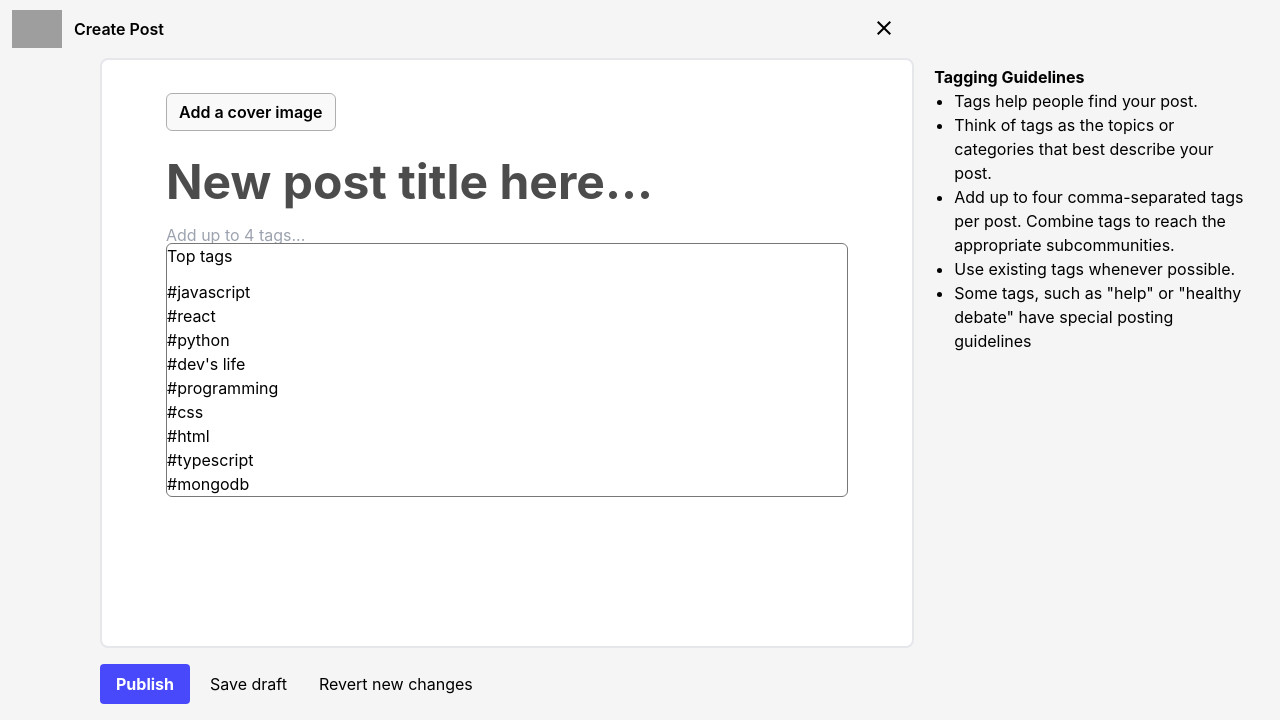
Repository: dat-nguyen-2001/Dev.to
Page: /new (app in client/)
An editor plug-in stored every save of this project. The page is shown before and after a run of saves, followed by the edit.
The browser window is 1280 px wide. The pictures show the whole page.
Pictures or frames that could not be fetched are drawn as grey boxes. The project was rebuilt for these pictures with package versions that can differ from the ones it lists, and the page was loaded fresh each time. Also part of the build but not shown: client/src/components/Footer.tsx, client/src/components/nav/GuestNav.tsx, client/src/components/nav/NavBar.tsx, client/src/components/Layout.tsx, client/src/pages/about.tsx, client/src/components/SignInForm.tsx, client/src/components/SignInPlatform.tsx, client/src/pages/enter.tsx and 1 more.

Above is the page before, as saved 2022-09-25 11:58:05.

After the next 2 saves:
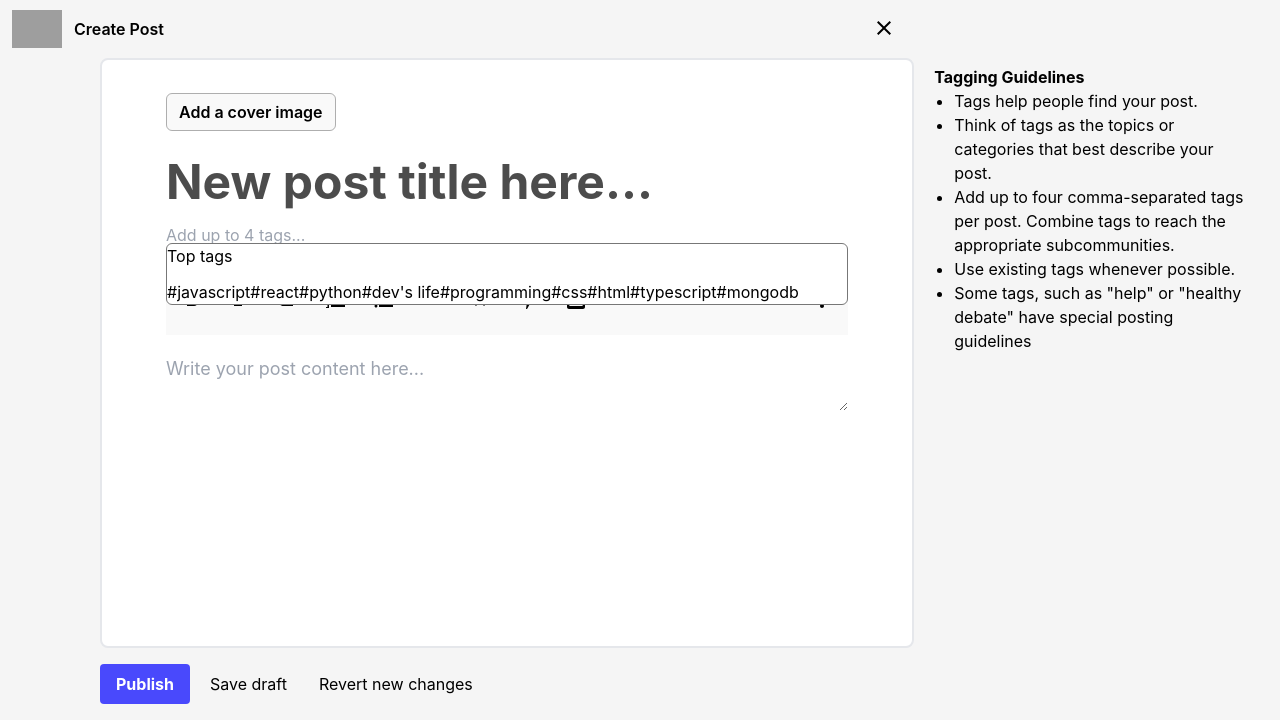
The 2 saves are shown as one change because they came seconds apart.
The last was saved 15 s later.
--- a/client/src/pages/new.tsx
+++ b/client/src/pages/new.tsx
@@ -77,7 +77,7 @@ const New = () => {
                         <input placeholder='Add up to 4 tags...' className='w-full outline-none' />
                         <div className='z-[100] absolute top-5 flex flex-col space-y-3 bg-white w-full border-[.1em] border-solid border-[#777] rounded-md'>
                             <h2>Top tags</h2>
-                            <ul>
+                            <ul className='flex'>
                                 {tags.map(tag => (
                                     <li key={tag}>#{tag}</li>
                                 ))}
